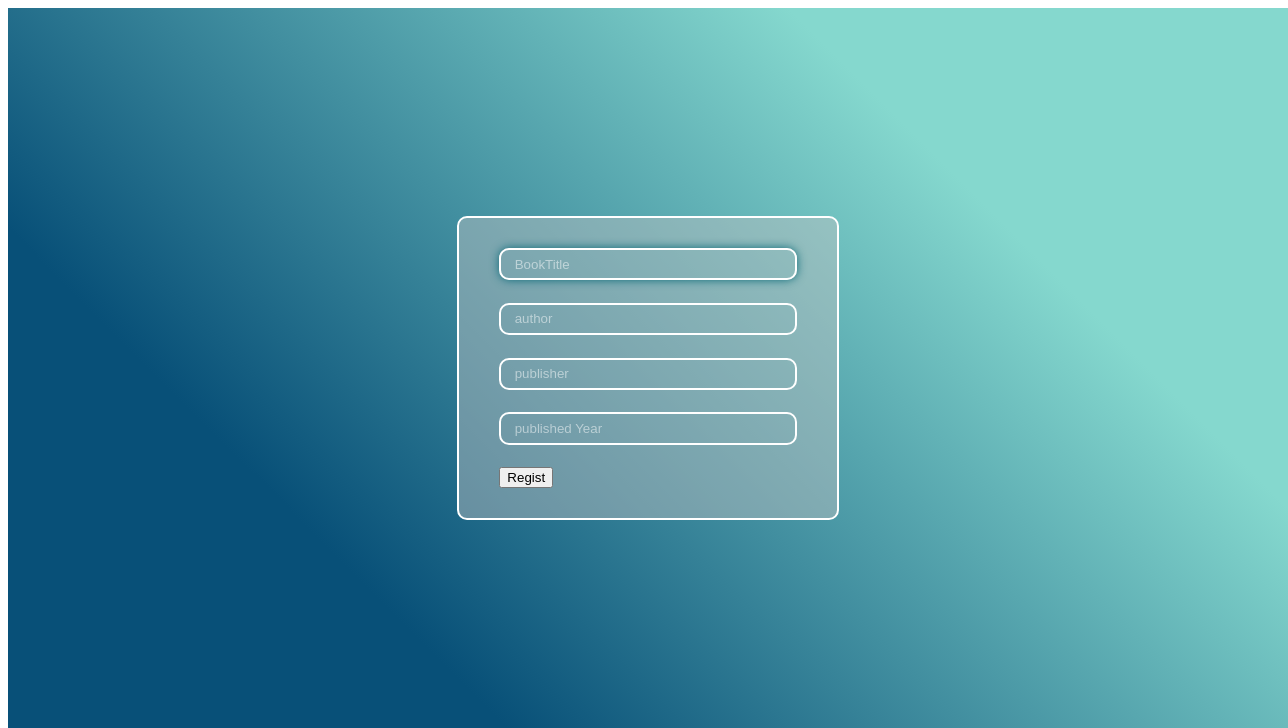
Repository: ysknsid25/mer
Page: http://localhost/library/view/regist.jsp
The author's editor kept a copy of each file at every save. The page is drawn from the files as they stood at one save, then again after the next save.
The browser window is 1280 px wide. The page is 1288 px wide, so the pictures cover 1288 px, including what lies to the right of the window. The pictures show the whole page.
The page is served by Tomcat 9.

Above is the page before, as saved 2018-11-26 13:21:23.
Console error: ReferenceError: $ is not defined

After the next save:
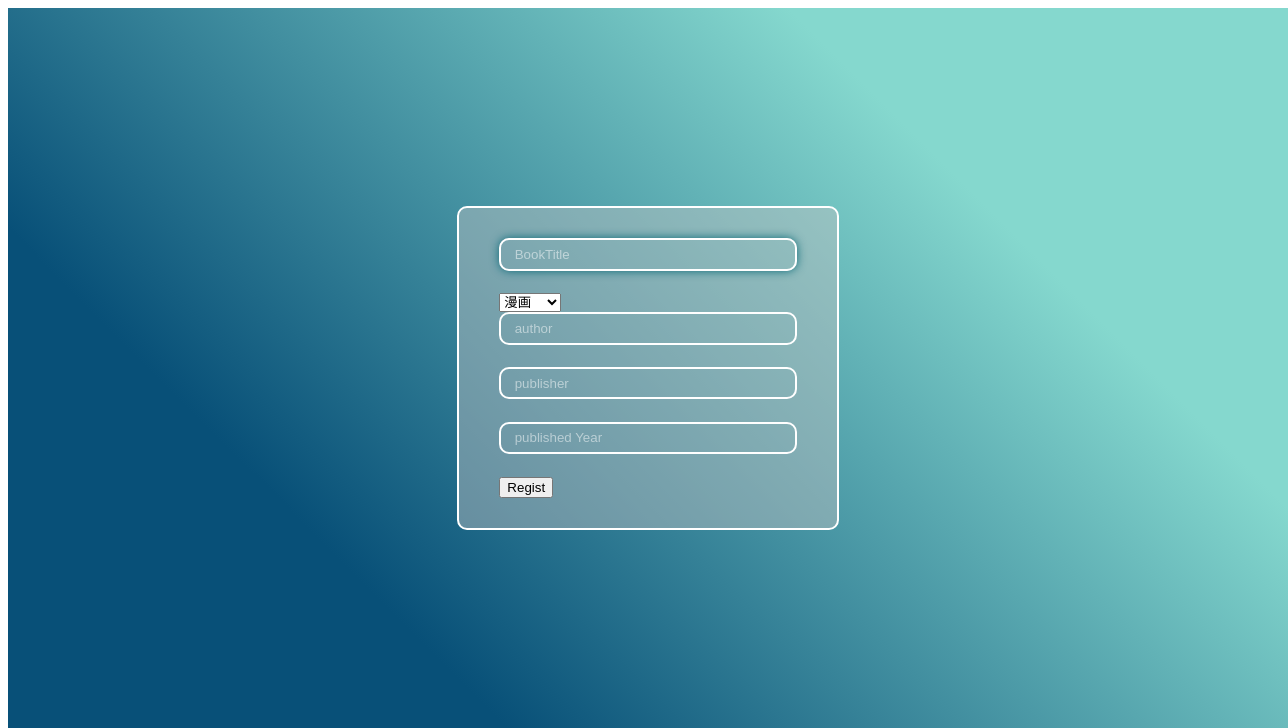
Saved 7 min 4 s later.
--- a/mer/library/WebContent/view/regist.jsp
+++ b/mer/library/WebContent/view/regist.jsp
@@ -47,6 +47,17 @@
 								}
 							}
 						%>
+					</div>
+
+					<div>
+						<select name=”category”>
+							<option value=”1”>漫画</option>
+							<option value=”2”>文庫</option>
+							<option value=”3”>大型本</option>
+							<option value=”4”>雑誌</option>
+							<option value=”5”>参考書</option>
+							<option value=”6”>新書</option>
+						</select>
 					</div>
 
 
